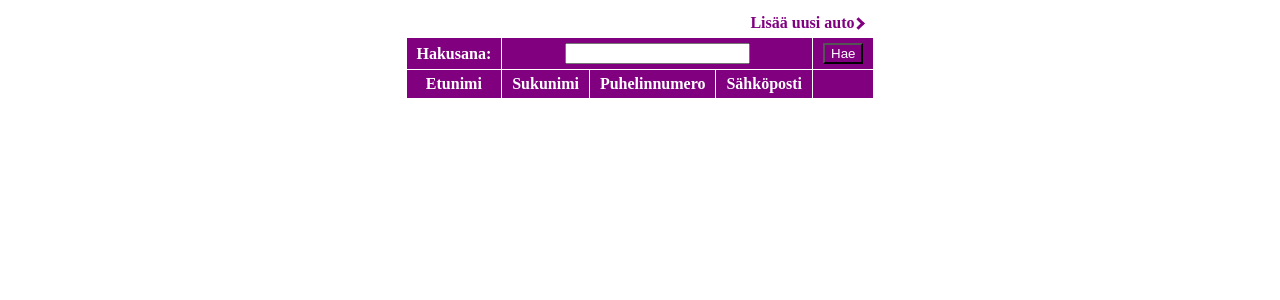
Repository: JerriMakila/Etatehtavat5
Page: http://localhost/Asiakkaat/listaaasiakkaat.jsp
These files come from the project's save history. The page is drawn as it stood at one moment and after the next save; the edit follows.
The browser window is 1280 px wide. The pictures show the whole page.
The page is served by Tomcat 9.

Above is the page before, as saved 2020-11-23 21:19:09.
Console error: SyntaxError: missing ) after argument list

After the next save:
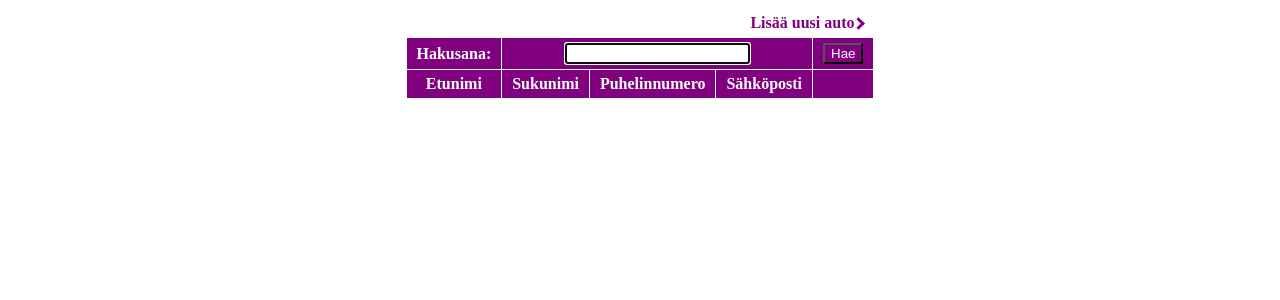
The error is gone.
Saved 2 min 18 s later.
--- a/Asiakkaat/WebContent/listaaasiakkaat.jsp
+++ b/Asiakkaat/WebContent/listaaasiakkaat.jsp
@@ -64,7 +64,7 @@
 }
 
 function poista(id, etunimi, sukunimi){
-	if(confirm("Haluatko varmasti poistaa asiakkaan " + etunimi + " " sukunimi + "?")){
+	if(confirm("Haluatko varmasti poistaa asiakkaan " + etunimi + " " + sukunimi + "?")){
 		$.ajax({url:"asiakkaat/"+rekno, type:"DELETE", dataType:"json", success:function(result) { //result on joko {"response:1"} tai {"response:0"}
 	        if(result.response==0){
 	        	$("#ilmo").html("Auton poisto epäonnistui.");
